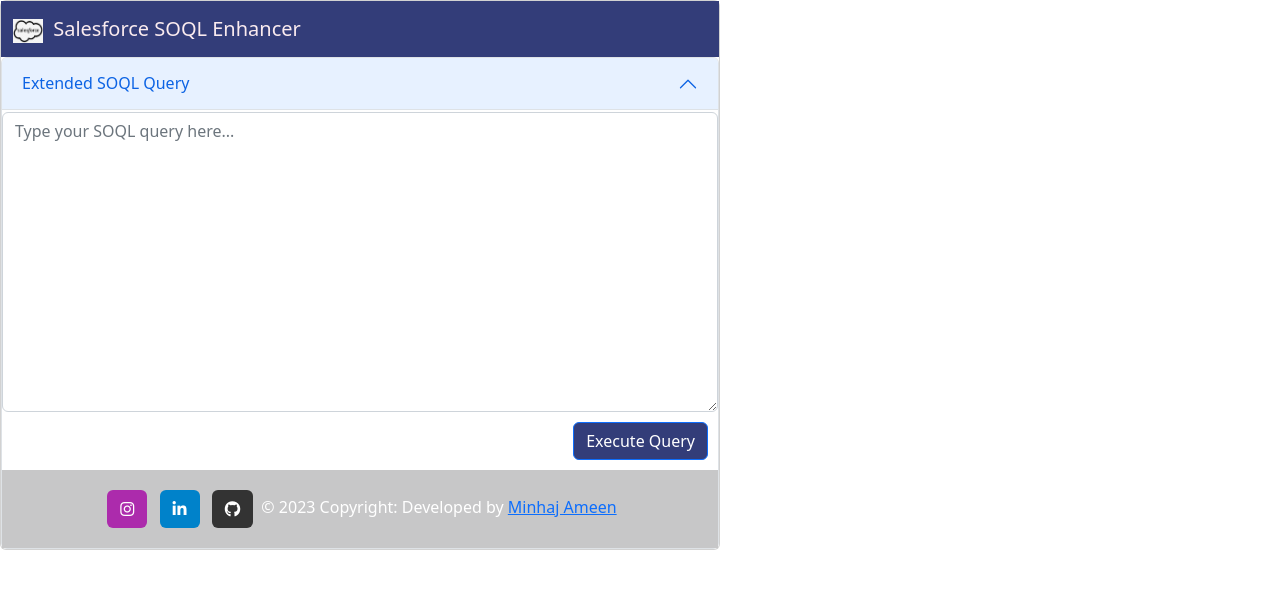
Repository: anweshpargi/salesforceExtension
Page: popup.html
These files come from the project's save history. The page is drawn as it stood at one moment and after the next save; the edit follows.
The browser window is 1280 px wide. The pictures show the whole page.
Some web libraries are served in a nearby version.

Above is the page before, as saved 2023-08-28 10:53:07.
Not found: js/jsforce.js

After the next save:
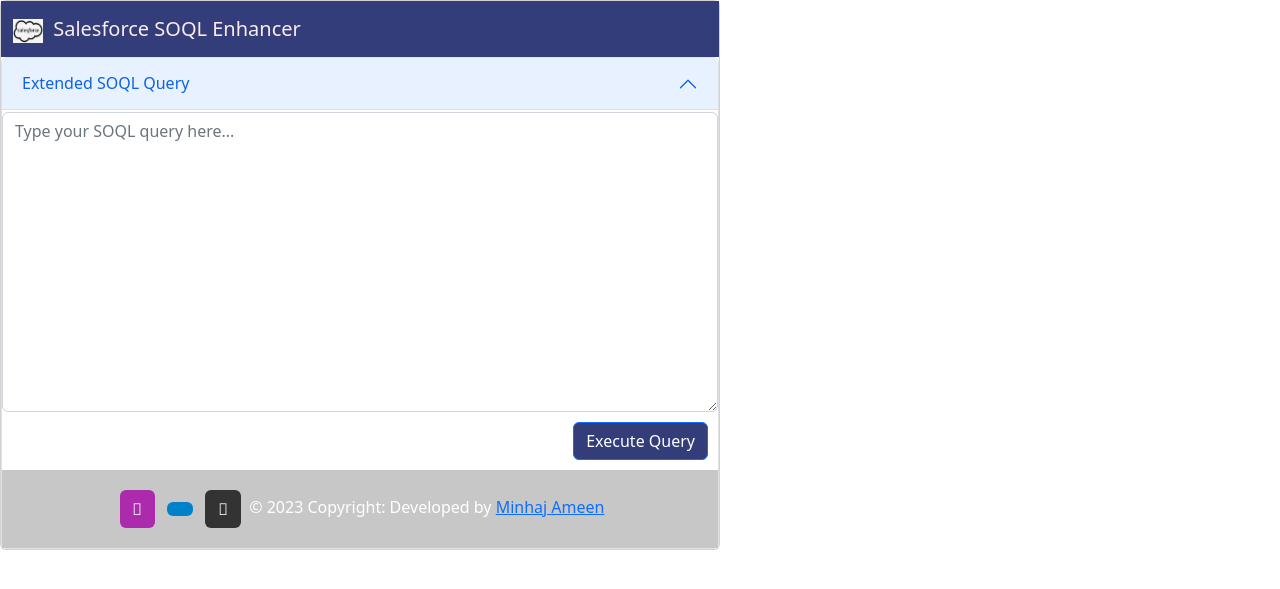
Saved 54 s later.
--- a/popup.html
+++ b/popup.html
@@ -9,6 +9,8 @@
 
     <script src="bootstrap/js/bootstrap.min.js" type="text/javascript"></script>
     <script src="js/jsforce.js" type="text/javascript"></script>
+    <link rel="stylesheet" href="https://cdnjs.cloudflare.com/ajax/libs/font-awesome/4.7.0/css/font-awesome.min.css">
+
     <!-- JavaScript Bundle with Popper -->
 
     <title> Salesforce Test Class Data Generator</title>
@@ -98,7 +100,7 @@
 </body>
 <script type="text/javascript" src="js/popup.js"></script>
 <script type="text/javascript" src="js/xlsx.full.min.js"></script>
-<script src='https://kit.fontawesome.com/a076d05399.js' crossorigin='anonymous'></script>
+<!-- <script src='https://kit.fontawesome.com/a076d05399.js' crossorigin='anonymous'></script> -->
 
 
 </html>

After the save that followed:
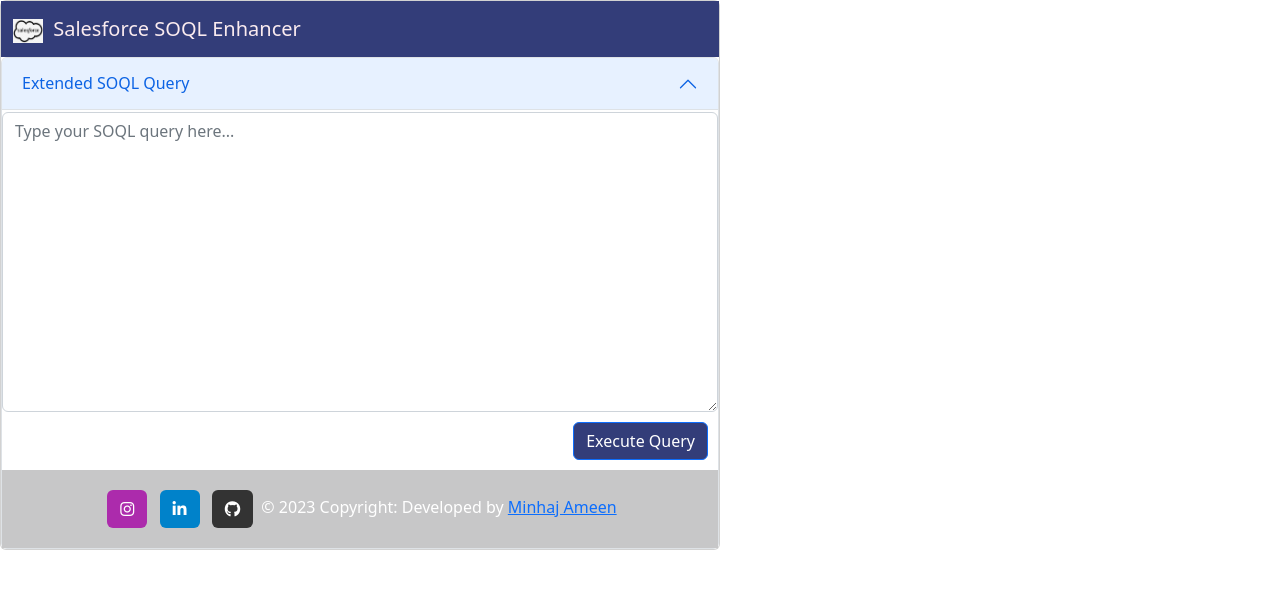
Saved 118 s later.
--- a/popup.html
+++ b/popup.html
@@ -9,7 +9,7 @@
 
     <script src="bootstrap/js/bootstrap.min.js" type="text/javascript"></script>
     <script src="js/jsforce.js" type="text/javascript"></script>
-    <link rel="stylesheet" href="https://cdnjs.cloudflare.com/ajax/libs/font-awesome/4.7.0/css/font-awesome.min.css">
+    <script src='https://kit.fontawesome.com/a076d05399.js' crossorigin='anonymous'></script>
 
     <!-- JavaScript Bundle with Popper -->
 
